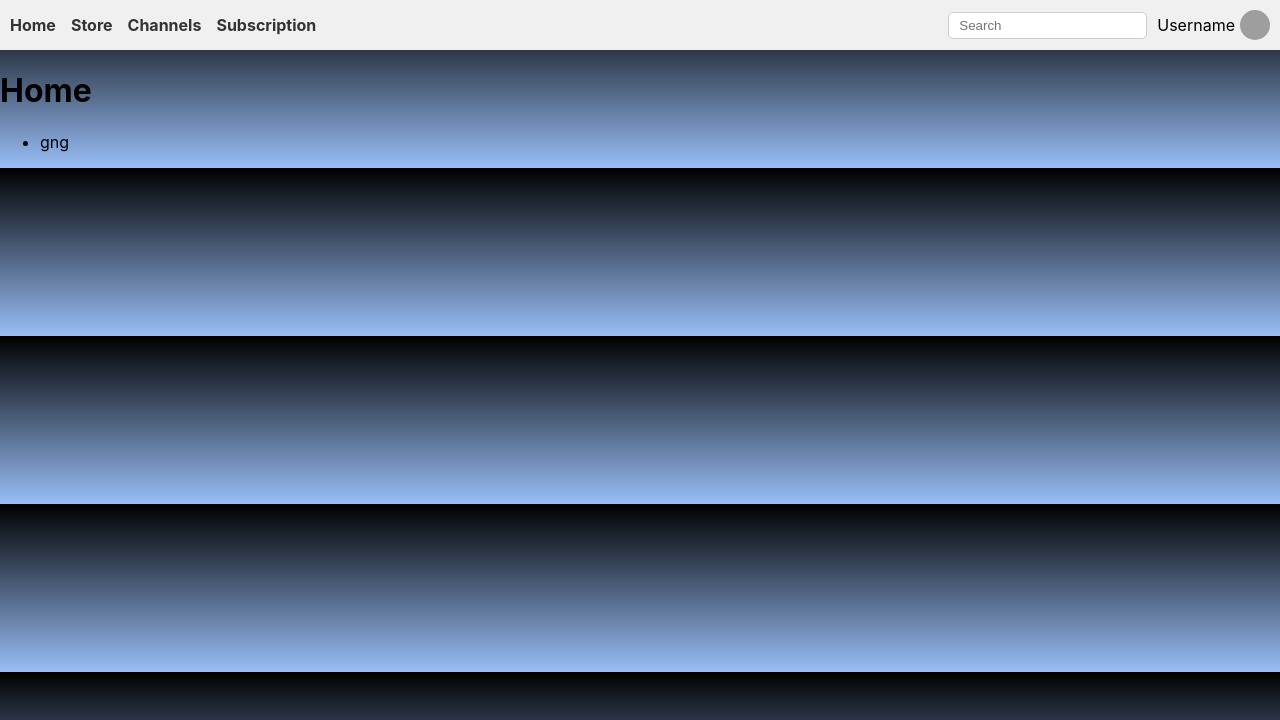
Repository: gordonnrat/group-2-project
Page: / (app in source-code/)
The author's editor kept a copy of each file at every save. The page is drawn from the files as they stood at one save, then again after a run of saves.
The browser window is 1280 px wide. The pictures show the whole page.
Pictures or frames that could not be fetched are drawn as grey boxes. The project was rebuilt for these pictures with package versions that can differ from the ones it lists, and the page was loaded fresh each time. Also part of the build but not shown: source-code/src/App.css, source-code/src/App.js, source-code/src/components/pages/Login.js.

Above is the page before, as saved 2023-07-20 15:44:29.

### source-code/src/index.js
import React from 'react';
import ReactDOM from 'react-dom';
import './index.css';
import reportWebVitals from './reportWebVitals';
import {
  BrowserRouter as Router,
  Routes,
  Route,
  Link
} from "react-router-dom";

import App from './App';
import Home from './components/pages/Home';
import Login from './components/pages/Login';

ReactDOM.render(
  <React.StrictMode>
    <Router>
      <Routes>
        <Route path="/" element={<Home />} />
        <Route path="/login" element={<Login />} />
        {/* Add more routes here */}
        <Route path="/group-2-project" element={<Link to="/" />} />
      </Routes>
    </Router>
  </React.StrictMode>,
  document.getElementById('root')
);

// If you want to start measuring performance in your app, pass a function
// to log results (for example: reportWebVitals(console.log))
// or send to an analytics endpoint. Learn more: https://bit.ly/CRA-vitals
reportWebVitals();

### source-code/src/index.css
body {
  margin: 0;
  font-family: -apple-system, BlinkMacSystemFont, 'Segoe UI', 'Roboto', 'Oxygen',
    'Ubuntu', 'Cantarell', 'Fira Sans', 'Droid Sans', 'Helvetica Neue',
    sans-serif;
  -webkit-font-smoothing: antialiased;
  -moz-osx-font-smoothing: grayscale;
}

code {
  font-family: source-code-pro, Menlo, Monaco, Consolas, 'Courier New',
    monospace;
}

body {
  background: linear-gradient(black,rgba(10, 99, 233, 0.418));
}

### source-code/src/components/pages/Home.js
import Navbar from "../Navbar";

function Home() {
    return(
        <div>
            <Navbar />
            <h1>Home</h1>
            <ul>
                <li>gng</li>
            </ul>
        </div>
    )
}

export default Home

### source-code/src/components/Navbar.js
import { Link } from "react-router-dom";
import "./Navbar.css";

function Navbar() {
  return (
    <nav className="navbar">
      <ul className="left-nav">
        <li>
          <Link to="/">
            <i className="fas fa-home"></i> Home
          </Link>
        </li>
        <li>
          <Link to="/Store">
            <i className="fas fa-store"></i> Store
          </Link>
        </li>
        <li>
          <Link to="/Channels">
            <i className="fas fa-tv"></i> Channels
          </Link>
        </li>
        <li>
          <Link to="/Subscription">
            <i className="fas fa-newspaper"></i> Subscription
          </Link>
        </li>
      </ul>
      <div className="right-nav">
        <input type="text" placeholder="Search" />
        <div className="user-section">
          {/* Your user-related elements can go here */}
          <span>Username</span>
          <img src="user_avatar.png" alt="User Avatar" />
        </div>
      </div>
    </nav>
  );
}

export default Navbar;

### source-code/src/components/Navbar.css
/* Navbar.css */

.navbar {
    background-color: #f0f0f0;
    padding: 10px;
    display: flex;
    justify-content: space-between;
    align-items: center;
}

.left-nav {
    list-style-type: none;
    margin: 0;
    padding: 0;
    display: flex;
    align-items: center;
}

.left-nav li {
    margin-right: 15px;
}

.left-nav li:last-child {
    margin-right: 0;
}

.left-nav li a {
    text-decoration: none;
    color: #333;
    font-size: 16px;
    font-weight: bold;
}

.left-nav li a:hover {
    color: #555;
}

.right-nav {
    display: flex;
    align-items: center;
}

.right-nav input[type="text"] {
    padding: 5px 10px;
    border: 1px solid #ccc;
    border-radius: 5px;
    margin-right: 10px;
}

.user-section {
    display: flex;
    align-items: center;
}

.user-section span {
    margin-right: 5px;
}

.user-section img {
    width: 30px;
    height: 30px;
    border-radius: 50%;
}

Loaded but not shown: source-code/public/index.html (common file); source-code/src/reportWebVitals.js (common file)

After the next 2 saves:
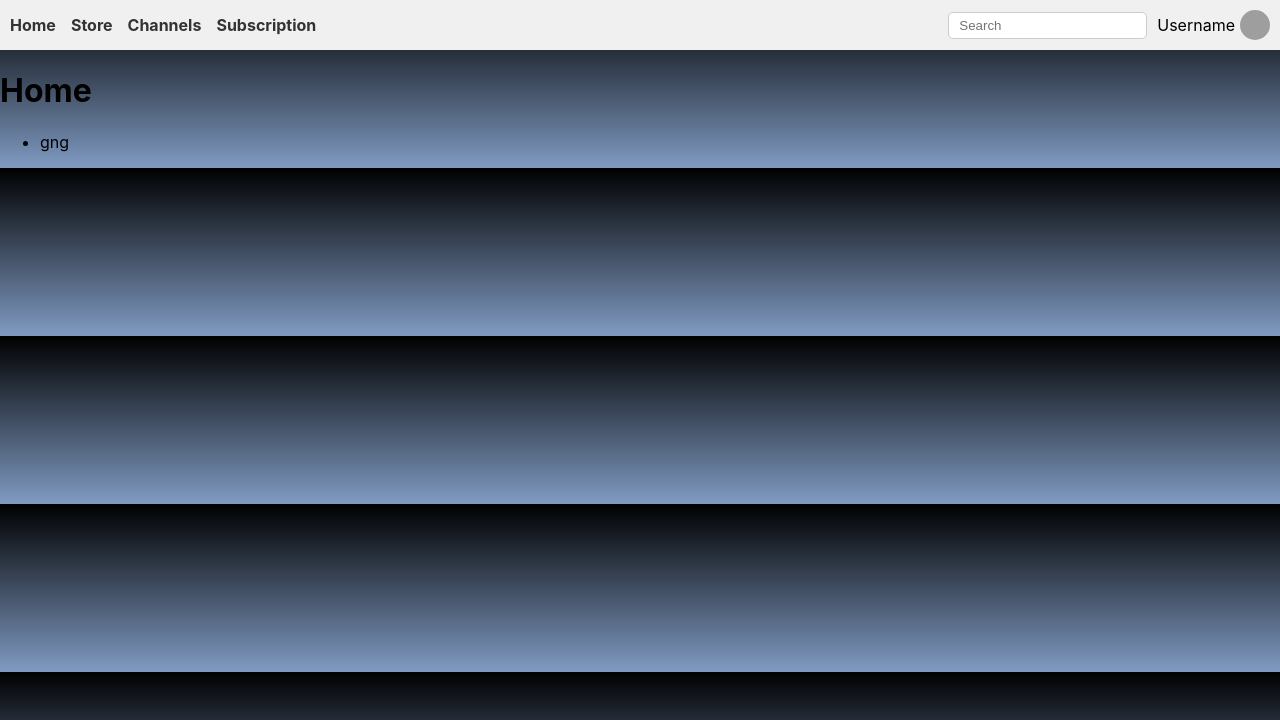
The 2 saves are shown as one change because they came seconds apart.
The last was saved 6 s later.
--- a/source-code/src/index.css
+++ b/source-code/src/index.css
@@ -13,5 +13,5 @@ code {
 }
 
 body {
-  background: linear-gradient(black,rgba(10, 99, 233, 0.418));
+  background: linear-gradient(black,rgba(27, 75, 146, 0.562));
 }
